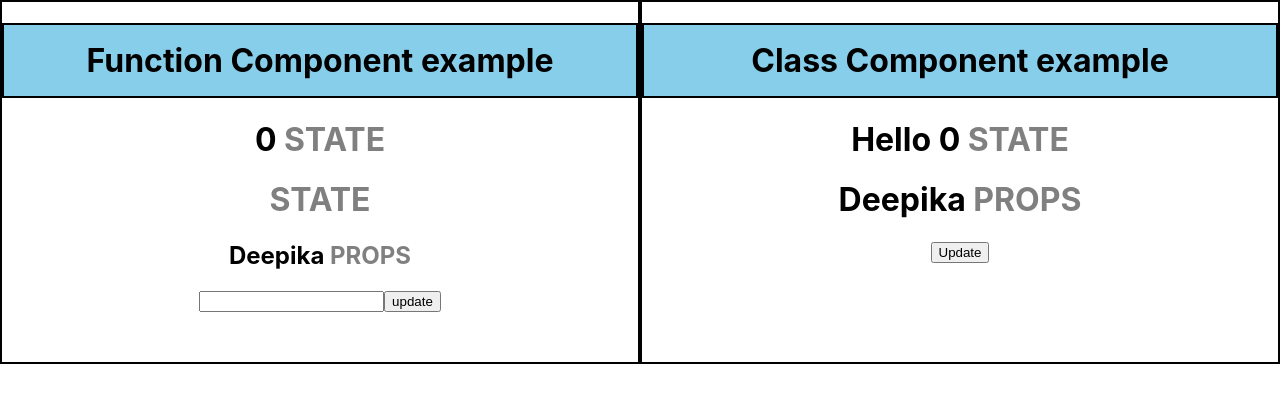
Repository: DeepikaSuretek/React
Page: / (app in practice-app/)
These files come from the project's save history. The page is drawn as it stood at one moment and after the next save; the edit follows.
The browser window is 1280 px wide. The pictures show the whole page.
The project was rebuilt for these pictures with package versions that can differ from the ones it lists, and the page was loaded fresh each time.

Above is the page before, as saved 2024-07-08 21:12:08.

### practice-app/src/App.js
import './App.css';
import User from './class-component/class';
import Fun from './functional-component/function'

function App() {
  return (
    <div className="App" style={{display: "inline-flex",
      width: "100%"}}>
      <div style={{width:"50%",border: "2px solid","padding-bottom": "50px"}}>
        <h1 style={{"backgroundColor": "skyblue","padding": "16px","border": "2px solid"}}>Function Component example</h1>
        <Fun name="Deepika" />
      </div>
      <div style={{width:"50%",border: "2px solid","padding-bottom": "50px"}}>
        <h1 style={{"backgroundColor": "skyblue","padding": "16px","border": "2px solid"}}>Class Component example</h1>
        <User name="Deepika"></User>
        </div>

    </div>
  );
}

export default App;

### practice-app/src/App.css
.App {
  text-align: center;
}

.App-logo {
  height: 40vmin;
  pointer-events: none;
}

@media (prefers-reduced-motion: no-preference) {
  .App-logo {
    animation: App-logo-spin infinite 20s linear;
  }
}

.App-header {
  background-color: #282c34;
  min-height: 100vh;
  display: flex;
  flex-direction: column;
  align-items: center;
  justify-content: center;
  font-size: calc(10px + 2vmin);
  color: white;
}

.App-link {
  color: #61dafb;
}

@keyframes App-logo-spin {
  from {
    transform: rotate(0deg);
  }
  to {
    transform: rotate(360deg);
  }
}

.loader{
  height: 100px;
  width: 100px;
  border: 8px solid;
  border-color: black black black red;
  border-radius: 50%;
  animation: App-logo-spin 2s linear infinite;
}

.highlight{
  color:gray
}

### practice-app/src/class-component/class.js
import { Component } from "react"

class User extends Component{
    constructor(){
        super();
        this.state = {
            data:0
        }
    }

    changeData(){
        this.setState({data: this.state.data+1});
    }
    render(){
        return(
           <div><h1>Hello {this.state.data}<span className="highlight">  STATE</span></h1>
           <h1>{this.props.name}<span className="highlight">  PROPS</span></h1>
           <button onClick={()=>this.changeData()}>Update</button>
           </div>

        )
    }
}

export default User;

### practice-app/src/functional-component/function.js
import { useState } from "react";

function Fun(props) {
    const [count,setCount] = useState(0);
    const [inputData,setInputData] = useState();
    function updateCount(){
       setCount(count+1);
    }
    function getData(val){
        setInputData(val.target.value)
    }
    return(
        <div>
            <h1>{count} <span className="highlight">STATE</span></h1>
            <h1>{inputData} <span className="highlight">STATE</span></h1>
            <h2>{props.name}  <span className="highlight"> PROPS</span></h2>
            <input onChange={getData}></input>
            <button onClick={updateCount}>update</button>
        </div>

    )
}

export default Fun;

Loaded but not shown: practice-app/public/index.html (common file); practice-app/src/index.js (common file); practice-app/src/index.css (common file); practice-app/src/reportWebVitals.js (common file)

After the next save:
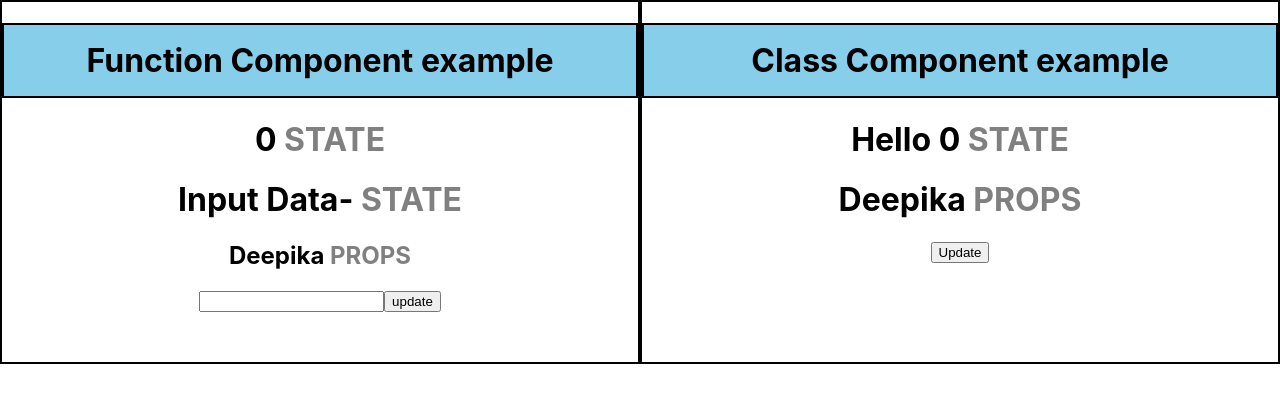
Saved 10 s later.
--- a/practice-app/src/functional-component/function.js
+++ b/practice-app/src/functional-component/function.js
@@ -12,7 +12,7 @@ function Fun(props) {
     return(
         <div>
             <h1>{count} <span className="highlight">STATE</span></h1>
-            <h1>{inputData} <span className="highlight">STATE</span></h1>
+            <h1>Input Data- {inputData} <span className="highlight">STATE</span></h1>
             <h2>{props.name}  <span className="highlight"> PROPS</span></h2>
             <input onChange={getData}></input>
             <button onClick={updateCount}>update</button>
